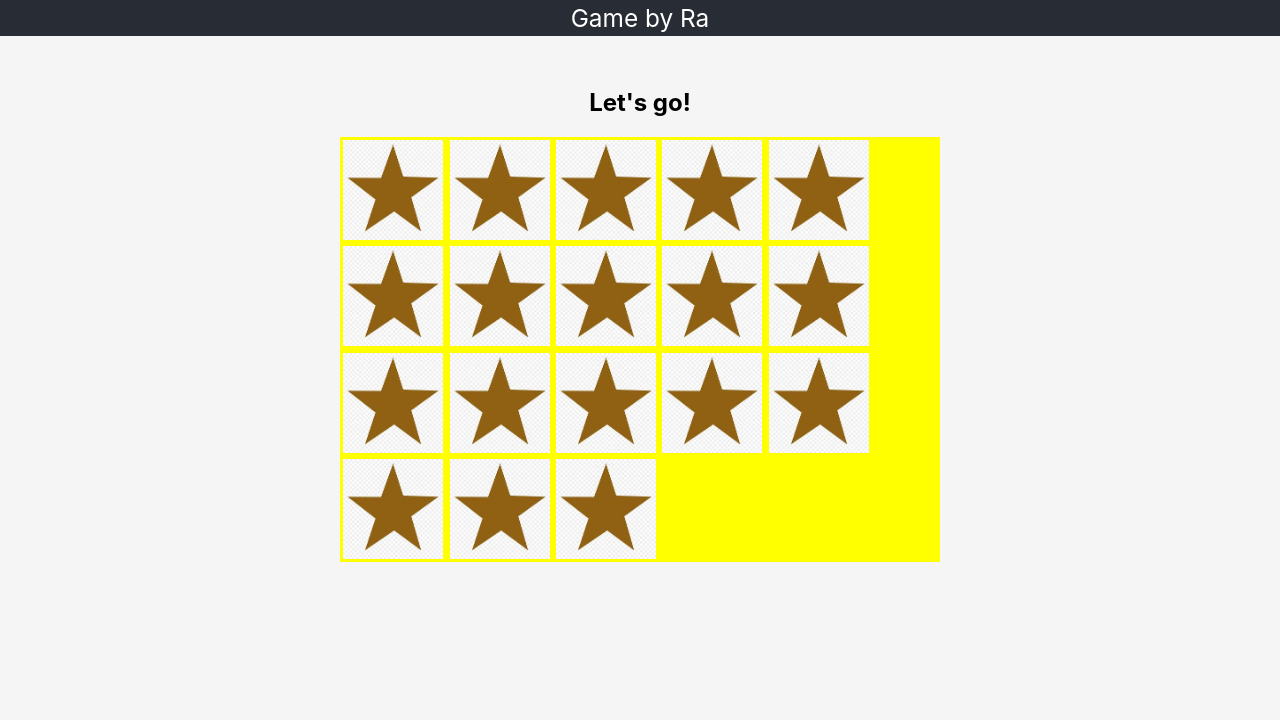
Repository: Sergioramasano/ramos-game
Page: /
The author's editor kept a copy of each file at every save. The page is drawn from the files as they stood at one save, then again after the next save.
The browser window is 1280 px wide. The pictures show the whole page.
The project was rebuilt for these pictures with package versions that can differ from the ones it lists, and the page was loaded fresh each time.

Above is the page before, as saved 2021-02-11 15:01:02.

### public/index.html
<!DOCTYPE html>
<html lang="en">
  <head>
    <meta charset="utf-8" />
    <link rel="icon" href="%PUBLIC_URL%/favicon.ico" />
    <meta name="viewport" content="width=device-width, initial-scale=1" />
    <meta name="theme-color" content="#000000" />
    <meta
      name="description"
      content="Web site created using create-react-app"
    />
    <link rel="apple-touch-icon" href="%PUBLIC_URL%/logo192.png" />
    <link rel="manifest" href="%PUBLIC_URL%/manifest.json" />
    <title>Game by Ra</title>
  </head>
  <body>
    <noscript>You need to enable JavaScript to run this app.</noscript>
    <div id="root"></div>
  </body>
</html>

### src/App.js
import "./App.css";
import GameBox from "./components/GameBox/GameBox";

const App = () => {
  return (
    <div className="App">
      <header className="App-header">Game by Ra</header>
      <GameBox></GameBox>
    </div>
  );
};

export default App;

### src/App.css
.App {
  text-align: center;
}

.App-header {
  background-color: #282c34;
  height: 5vh;
  display: flex;
  flex-direction: column;
  align-items: center;
  justify-content: center;
  font-size: calc(10px + 2vmin);
  color: white;
}

### src/components/GameBox/GameBox.js
import React from "react";
import styles from "./Gamebox.module.css";
import age from "../../images/age.jpeg";
import av from "../../images/av.jpeg";
import hq from "../../images/hq.png";
import hs from "../../images/hs.png";
import jq from "../../images/jq.jpg";
import lk from "../../images/lk.jpg";
import sm from "../../images/sm.jpg";
import smm from "../../images/smm.png";
import knight from "../../images/knight.png";
import star from "../../images/star.jpeg";

const GameBox = () => {
  // const [count, setCount] = useState(0);
  let urls = [age, av, hq, hs, jq, lk, sm, smm, knight];
  urls = [...urls, ...urls];
  return (
    <main className={styles.gamebox}>
      <h2>Let's go!</h2>
      <section className={styles.wrap}>
        {urls.map((url) => {
          if (true) url = star;
          return (
            <div className={styles.card} key={Math.random()}>
              <img src={url} alt=""></img>{" "}
            </div>
          );
        })}
      </section>
    </main>
  );
};

export default GameBox;

### src/components/GameBox/Gamebox.module.css
.gamebox {
  height: 95vh;
  background-color: whitesmoke;
  padding: 2rem;
  box-sizing: border-box;
}

.wrap {
  margin: auto auto;
  max-width: 600px;
  height: auto;
  background-color: yellow;
  width: 100%;
  min-height: 300px;
  display: flex;
  flex-direction: row;
  justify-content: flex-start;
  flex-wrap: wrap;
}

.card {
  display: block;
  width: 100px;
  height: 100px;
  margin: 0.2rem;
}

.card img {
  display: block;
  width: 100%;
  height: 100%;
}

Loaded but not shown: src/index.js (common file); src/index.css (common file)

After the next save:
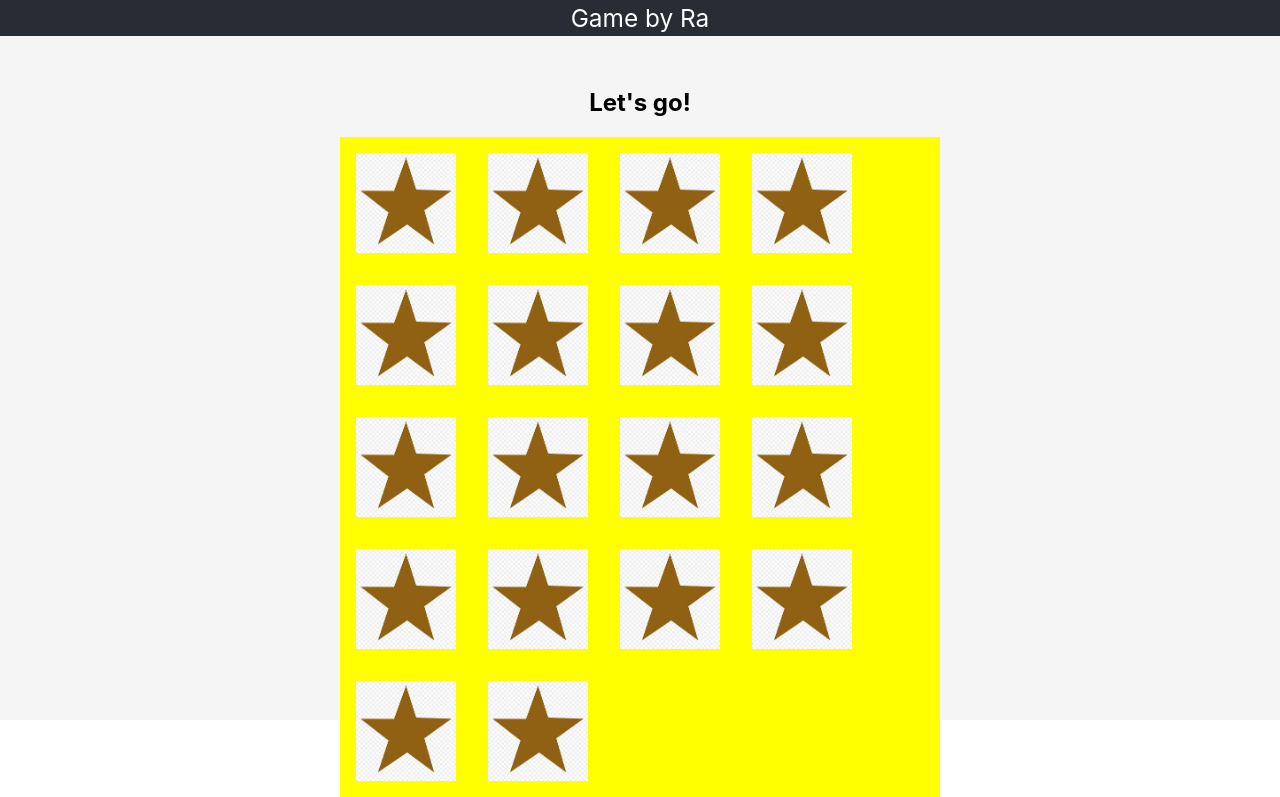
Saved 9 s later.
--- a/src/components/GameBox/Gamebox.module.css
+++ b/src/components/GameBox/Gamebox.module.css
@@ -22,7 +22,7 @@
   display: block;
   width: 100px;
   height: 100px;
-  margin: 0.2rem;
+  margin: 1rem;
 }
 
 .card img {
